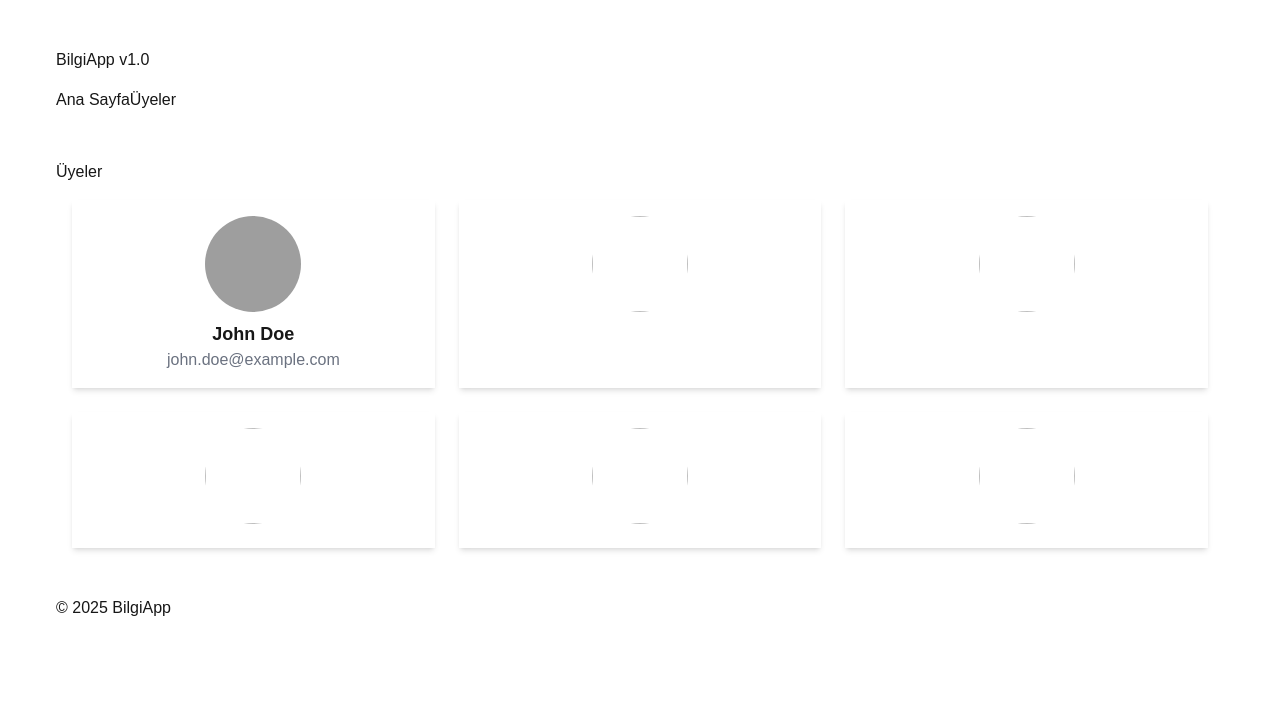
Repository: caglargkc/LessonsCode
Page: /uyeler (app in HasanTokatli-React-2024/BilgiYarismasi/bilgi-yarismasi/)
These files come from the project's save history. The page is drawn as it stood at one moment and after the next save; the edit follows.
The browser window is 1280 px wide. The pictures show the whole page.
Pictures or frames that could not be fetched are drawn as grey boxes. The project was rebuilt for these pictures with package versions that can differ from the ones it lists, and the page was loaded fresh each time. The framework's server and built-in components were replaced by stand-ins that run in the browser. Also part of the build but not shown: HasanTokatli-React-2024/BilgiYarismasi/bilgi-yarismasi/next.config.ts.

Above is the page before, as saved 2025-02-02 18:08:06.

After the next save:
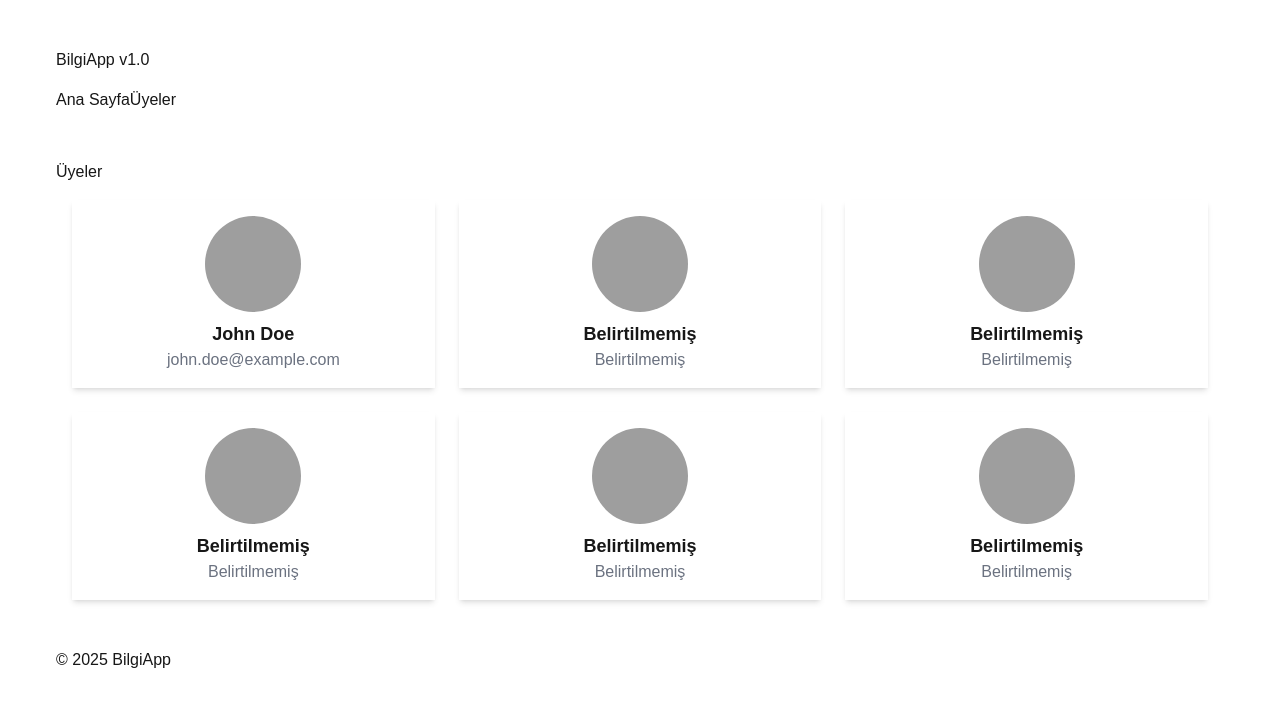
Saved 2 min 42 s later.
--- a/HasanTokatli-React-2024/BilgiYarismasi/bilgi-yarismasi/app/uyeler/uye.tsx
+++ b/HasanTokatli-React-2024/BilgiYarismasi/bilgi-yarismasi/app/uyeler/uye.tsx
@@ -1,4 +1,4 @@
-export default function Uye({ gorsel, adsoyad, eposta }:{gorsel:string, adsoyad:string, eposta:string}) {
+export default function Uye({ gorsel="https://i.pravatar.cc/150?img=0", adsoyad="Belirtilmemiş", eposta="Belirtilmemiş" }) {
 
 
     return (
